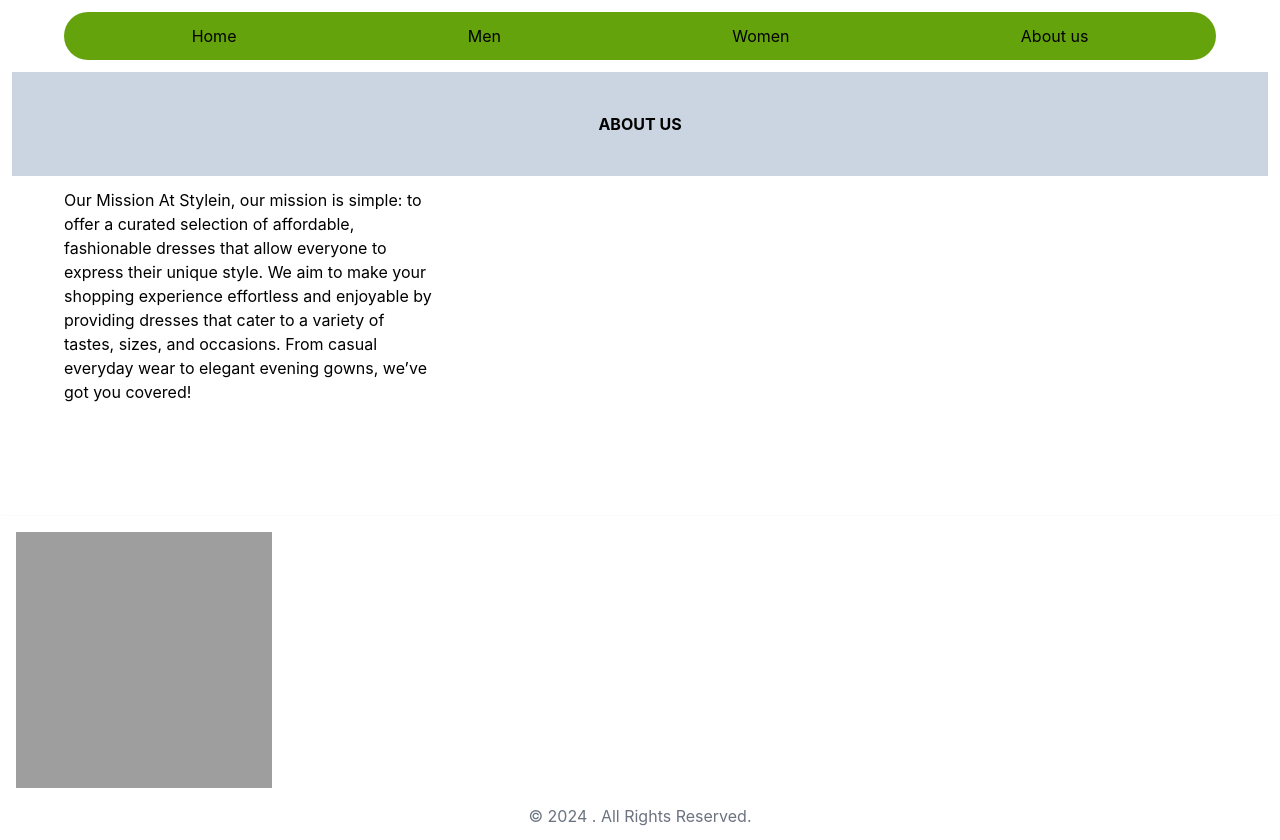
Repository: Mohankkanth/StyleIn_ShoppingSite
Page: /AboutUs
An editor plug-in stored every save of this project. The page is shown before and after a run of saves, followed by the edit.
The browser window is 1280 px wide. The pictures show the whole page.
Pictures or frames that could not be fetched are drawn as grey boxes. The project was rebuilt for these pictures with package versions that can differ from the ones it lists, and the page was loaded fresh each time. Also part of the build but not shown: vite.config.js, src/component/Home/Home.jsx, src/component/api/MenProducts.jsx, src/component/Men/Men.jsx, src/component/Women/Women.jsx, src/component/api/KidsProducts.jsx, src/component/Kids/Kids.jsx, src/component/Errorpage/Errorpage.jsx and 18 more.

Above is the page before, as saved 2024-11-23 13:57:16.

After the next 2 saves:
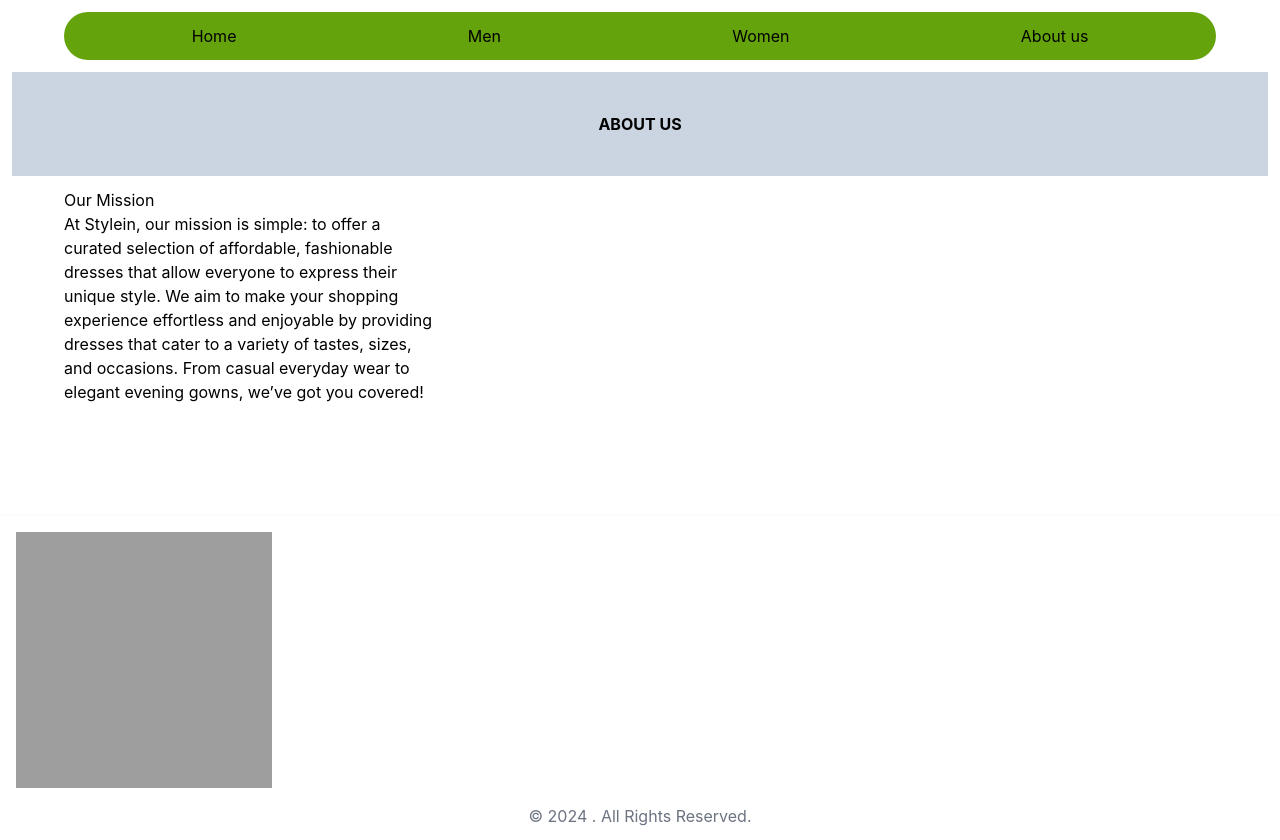
The 2 saves are shown as one change because they came seconds apart.
The last was saved 6 s later.
--- a/src/component/AboutUs/Aboutus.jsx
+++ b/src/component/AboutUs/Aboutus.jsx
@@ -9,8 +9,8 @@
 
                 <div className=" w-[90%]  mx-auto grid grid-cols-2 md:grid-cols-3 gap-4 ">
                     <div>
-                        <p></p>
-                        <p>Our Mission
+                        <p>Our Mission</p>
+                        <p>
                             At Stylein, our mission is simple: to offer a curated selection of affordable, fashionable dresses that allow everyone to express their unique style. We aim to make your shopping experience effortless and enjoyable by providing dresses that cater to a variety of tastes, sizes, and occasions. From casual everyday wear to elegant evening gowns, we’ve got you covered!</p>
                     </div>
                 </div>
